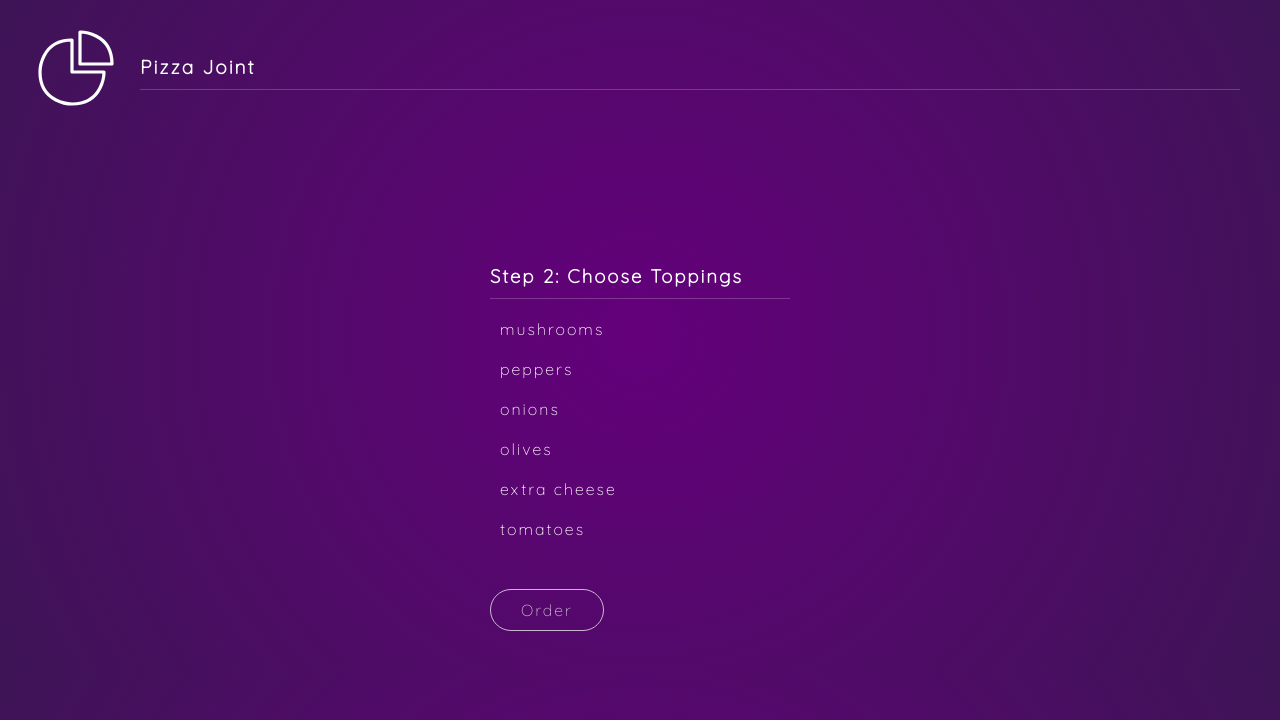
Repository: Bojurie/PizzaAPP
Page: /toppings
These files come from the project's save history. The page is drawn as it stood at one moment and after the next save; the edit follows.
The browser window is 1280 px wide. The pictures show the whole page.
The project was rebuilt for these pictures with package versions that can differ from the ones it lists, and the page was loaded fresh each time. Also part of the build but not shown: src/components/Home.js, src/components/Base.js, src/components/Order.js.

Above is the page before, as saved 2023-03-29 18:58:57.

After the next save:
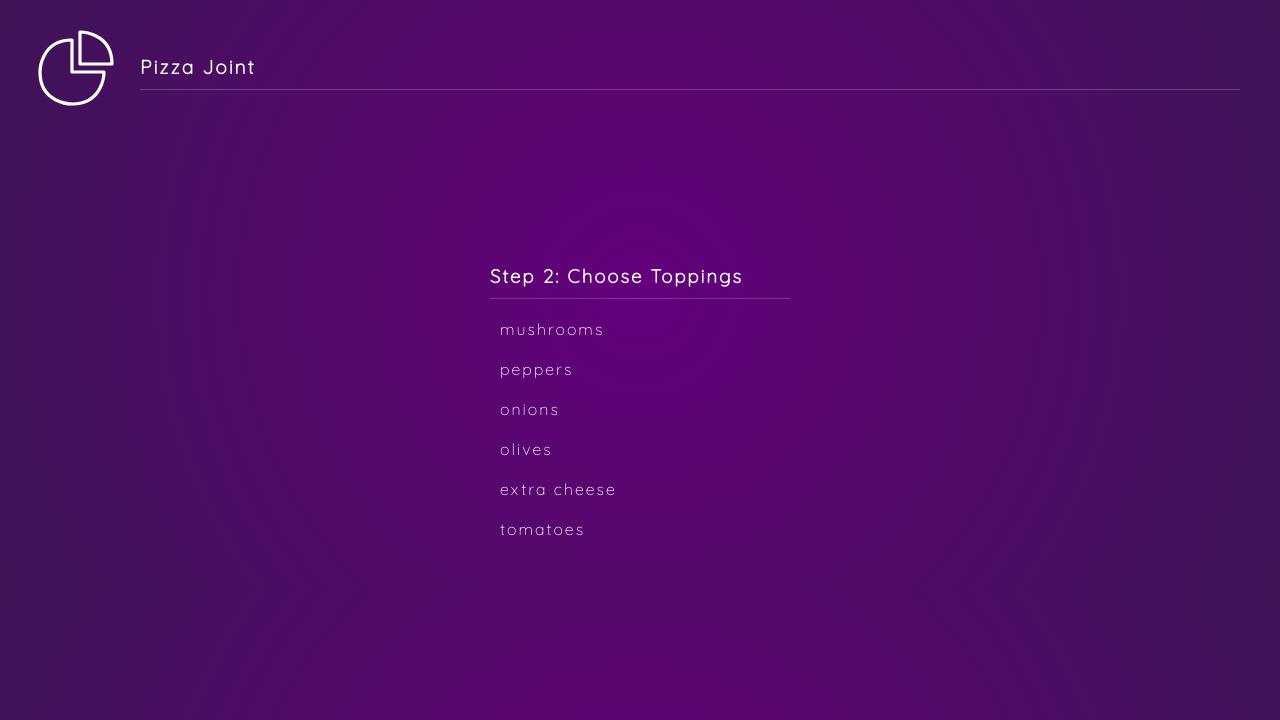
Saved 114 s later.
--- a/src/components/Toppings.js
+++ b/src/components/Toppings.js
@@ -1,5 +1,6 @@
 import React from 'react';
 import { Link } from 'react-router-dom';
+import { motion } from 'framer-motion';
 
 const Toppings = ({ addTopping, pizza }) => {
   let toppings = ['mushrooms', 'peppers', 'onions', 'olives', 'extra cheese', 'tomatoes'];
@@ -19,11 +20,11 @@
         })}
       </ul>
 
-      <Link to="/order">
+      <motion.Link to="/order">
         <button>
           Order
         </button>
-      </Link>
+      </motion.Link>
 
     </div>
   )

After the save that followed:
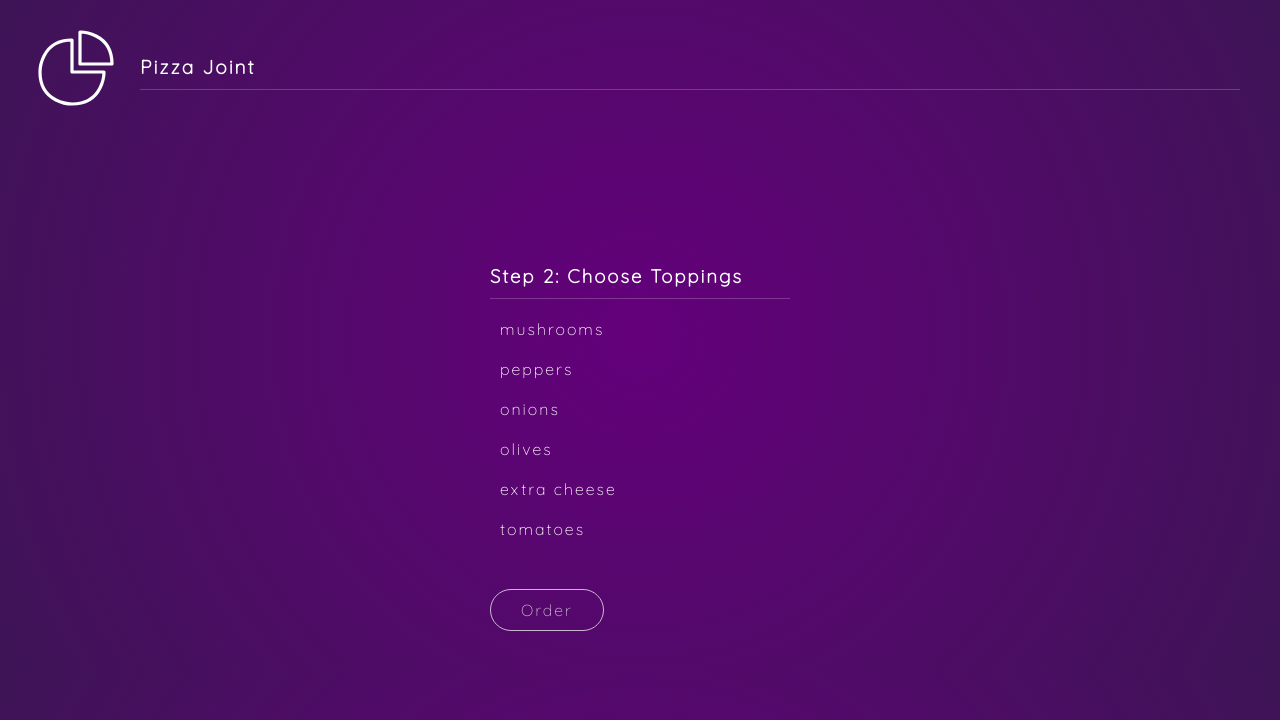
Saved 3 min 6 s later.
--- a/src/components/Toppings.js
+++ b/src/components/Toppings.js
@@ -20,11 +20,12 @@
         })}
       </ul>
 
-      <motion.Link to="/order">
-        <button>
+      <Link to="/order">
+        <motion.button
+          whileHover={{scale: 1.1, textShadow: "0px 0px 8px rgb(255, 255, 255)", boxShadow: "0px 0px 8px rgb(255, 255, 255)" }}>
           Order
-        </button>
-      </motion.Link>
+        </motion.button>
+      </Link>
 
     </div>
   )
